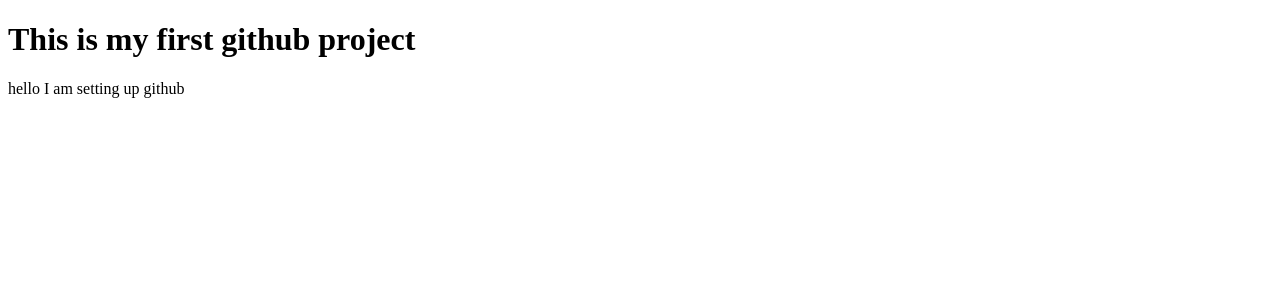
Repository: omarhasnain/First-Website
Page: index.html
These files come from the project's save history. The page is drawn as it stood at one moment and after the next save; the edit follows.
The browser window is 1280 px wide. The pictures show the whole page.

Above is the page before, as saved 2021-01-04 12:59:48.

### index.html
<!DOCTYPE html>
<html lang="en">
<head>
    <meta charset="UTF-8">
    <meta name="viewport" content="width=device-width, initial-scale=1.0">
    <title>index</title>
</head>
<body>
    <h1>This is my first github project</h1>
    <p>hello I am setting up github </p>
</body>
</html>

After the next save:
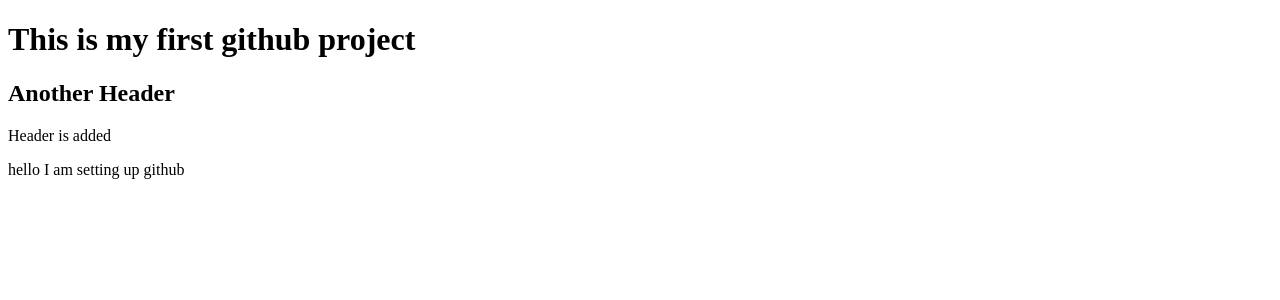
Saved 6 h 18 min later.
--- a/index.html
+++ b/index.html
@@ -7,6 +7,9 @@
 </head>
 <body>
     <h1>This is my first github project</h1>
+    <h2> Another Header</h2>
+    <p> Header is added</p>
     <p>hello I am setting up github </p>
+
 </body>
 </html>
